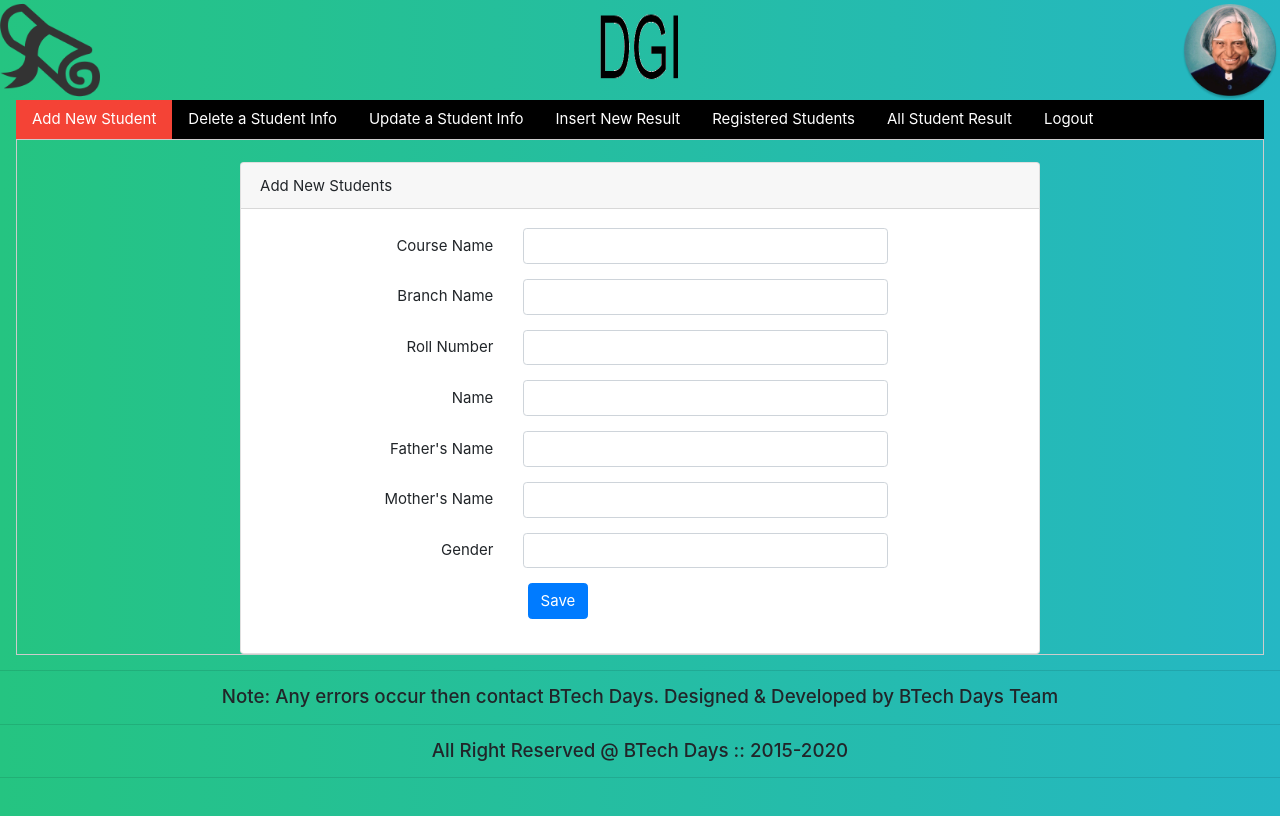
Repository: AlkaDas991/Dbms
Page: http://localhost/Student_Record_Management/adminHome.jsp
An editor plug-in stored every save of this project. The page is shown before and after the next save, followed by the edit.
The browser window is 1280 px wide. The pictures show the whole page.
Some web fonts or font styles are not loaded; a fallback is used. Some web libraries are served in a nearby version. The page is served by Tomcat 9. Other server files are loaded and not shown. Queries for data that is not in the repository find no rows.

Above is the page before, as saved 2021-03-10 01:42:25.
Console error: TypeError: Cannot read properties of undefined (reading 'fn')

### Student Record Management/WebContent/adminHome.jsp
<%@include file="header.html"%>
<!DOCTYPE html>
<html>
<title>DGI</title>
<body>
<img src="logo.png"  align="left"width="100" height="100">
<center><img src="dgi.png" width="100" height="100">
<img src="apj sir.png" align="right"  width="100" height="100"></center>
<div class="w3-container">
  <div class="w3-bar w3-black">
    <button class="w3-bar-item w3-button tablink w3-red" onclick="openCity(event,'London')">Add New Student</button>
    <button class="w3-bar-item w3-button tablink" onclick="openCity(event,'London')">Delete a Student Info</button>
    <button class="w3-bar-item w3-button tablink" onclick="openCity(event,'London')">Update a Student Info</button>
    <button class="w3-bar-item w3-button tablink" onclick="openCity(event,'Paris')">Insert New Result</button>
    <button class="w3-bar-item w3-button tablink" onclick="openCity(event,'Tokyo')">Registered Students</button>
     <button class="w3-bar-item w3-button tablink" onclick="openCity(event,'Tokyo1')">All Student Result</button>
     <a href="adminLogin.html" class="w3-bar-item w3-button tablink">Logout</a>
  </div>

  <div id="London" class="w3-container w3-border city">
  <br>
   <link href="//maxcdn.bootstrapcdn.com/bootstrap/4.1.1/css/bootstrap.min.css" rel="stylesheet" id="bootstrap-css">
<script src="//maxcdn.bootstrapcdn.com/bootstrap/4.1.1/js/bootstrap.min.js"></script>
<script src="//cdnjs.cloudflare.com/ajax/libs/jquery/3.2.1/jquery.min.js"></script>
<!------ Include the above in your HEAD tag ---------->

<!doctype html>
<html lang="en">
<head>
    <!-- Required meta tags -->
    <meta charset="utf-8">
    <meta name="viewport" content="width=device-width, initial-scale=1, shrink-to-fit=no">

    <!-- Fonts -->
    <link rel="dns-prefetch" href="https://fonts.gstatic.com">
    <link href="https://fonts.googleapis.com/css?family=Raleway:300,400,600" rel="stylesheet" type="text/css">



    <link rel="icon" href="Favicon.png">

    <!-- Bootstrap CSS -->
    <link rel="stylesheet" href="https://stackpath.bootstrapcdn.com/bootstrap/4.1.3/css/bootstrap.min.css">
</head>
<body>
<main class="my-form">
    <div class="cotainer">
        <div class="row justify-content-center">
            <div class="col-md-8">
                    <div class="card">
                        <div class="card-header">Add New Students</div>
                        <div class="card-body">
                            <form name="my-form" onsubmit="return validform()" action="addNewStudent.jsp" method="post">
                                <div class="form-group row">
                                    <label for="full_name" class="col-md-4 col-form-label text-md-right">Course Name</label>
                                    <div class="col-md-6">
                                        <input type="text"  class="form-control" name="course">
                                    </div>
                                </div>

                                <div class="form-group row">
                                    <label for="email_address" class="col-md-4 col-form-label text-md-right">Branch Name</label>
                                    <div class="col-md-6">
                                        <input type="text"  class="form-control" name="branch">
                                    </div>
                                </div>

                                <div class="form-group row">
                                    <label for="user_name" class="col-md-4 col-form-label text-md-right">Roll Number</label>
                                    <div class="col-md-6">
                                        <input type="text" class="form-control" name="rollNo">
                                    </div>
                                </div>

                                <div class="form-group row">
                                    <label for="phone_number" class="col-md-4 col-form-label text-md-right">Name</label>
                                    <div class="col-md-6">
                                        <input type="text"  class="form-control" name="name">
                                    </div>
                                </div>

                                <div class="form-group row">
                                    <label for="present_address" class="col-md-4 col-form-label text-md-right">Father's Name</label>
                                    <div class="col-md-6">
                                        <input type="text"  class="form-control" name="fatherName">
                                    </div>
                                </div>

                                <div class="form-group row">
                                    <label for="present_address" class="col-md-4 col-form-label text-md-right">Mother's Name</label>
                                    <div class="col-md-6">
                                        <input type="text"  class="form-control" name="motherName">
                                    </div>
                                </div>

                                <div class="form-group row">
                                    <label for="permanent_address" class="col-md-4 col-form-label text-md-right">Gender</label>
                                    <div class="col-md-6">
                                        <input type="text" class="form-control" name="gender">
                                    </div>
                                </div>

                                    <div class="col-md-6 offset-md-4">
                                        <button type="submit" class="btn btn-primary">
                                        Save
                                        </button>
                                    </div>
                                </div>
                            </form>
                        </div>
                    </div>
            </div>
        </div>
    </div>
</main>

<script src="https://code.jquery.com/jquery-3.3.1.slim.min.js"></script>
<script src="https://cdnjs.cloudflare.com/ajax/libs/popper.js/1.14.3/umd/popper.min.js"></script>
<script src="https://stackpath.bootstrapcdn.com/bootstrap/4.1.3/js/bootstrap.min.js"></script>
</body>
  </div>

  <div id="Paris" class="w3-container w3-border city" style="display:none">
  <br>
  <link href="//maxcdn.bootstrapcdn.com/bootstrap/4.1.1/css/bootstrap.min.css" rel="stylesheet" id="bootstrap-css">
<script src="//maxcdn.bootstrapcdn.com/bootstrap/4.1.1/js/bootstrap.min.js"></script>
<script src="//cdnjs.cloudflare.com/ajax/libs/jquery/3.2.1/jquery.min.js"></script>
<!------ Include the above in your HEAD tag ---------->

<!doctype html>
<html lang="en">
<head>
    <!-- Required meta tags -->
    <meta charset="utf-8">
    <meta name="viewport" content="width=device-width, initial-scale=1, shrink-to-fit=no">

    <!-- Fonts -->
    <link rel="dns-prefetch" href="https://fonts.gstatic.com">
    <link href="https://fonts.googleapis.com/css?family=Raleway:300,400,600" rel="stylesheet" type="text/css">



    <link rel="icon" href="Favicon.png">

    <!-- Bootstrap CSS -->
    <link rel="stylesheet" href="https://stackpath.bootstrapcdn.com/bootstrap/4.1.3/css/bootstrap.min.css">

</head>
<body>

</main>


<main class="my-form">
    <div class="cotainer">
        <div class="row justify-content-center">
            <div class="col-md-8">
                    <div class="card">
                        <div class="card-header">Insert New Result</div>
                        <div class="card-body">
                            <form name="my-form" onsubmit="return validform()" action="insertNewResult.jsp" method="">
                                <div class="form-group row">
                                    <label for="full_name" class="col-md-4 col-form-label text-md-right">Roll Number</label>
                                    <div class="col-md-6">
                                        <input type="text"class="form-control" name="rollNo">
                                    </div>
                                </div>

                                <div class="form-group row">
                                    <label for="email_address" class="col-md-4 col-form-label text-md-right">DAA</label>
                                    <div class="col-md-6">
                                        <input type="text"  class="form-control" name="DAA">
                                    </div>
                                </div>

                                <div class="form-group row">
                                    <label for="user_name" class="col-md-4 col-form-label text-md-right">DBMS</label>
                                    <div class="col-md-6">
                                        <input type="text"  class="form-control" name="DBMS">
                                    </div>
                                </div>

                                <div class="form-group row">
                                    <label for="phone_number" class="col-md-4 col-form-label text-md-right">COA</label>
                                    <div class="col-md-6">
                                        <input type="text"  class="form-control" name="COA">
                                    </div>
                                </div>

                                <div class="form-group row">
                                    <label for="present_address" class="col-md-4 col-form-label text-md-right">Discrete Maths</label>
                                    <div class="col-md-6">
                                        <input type="text"  class="form-control" name="DM">
                                    </div>
                                </div>

                                <div class="form-group row">
                                    <label for="permanent_address" class="col-md-4 col-form-label text-md-right">AMC</label>
                                    <div class="col-md-6">
                                        <input type="text"  class="form-control" name="AMC">
                                    </div>
                                </div>

                                 <div class="form-group row">
                                    <label for="permanent_address" class="col-md-4 col-form-label text-md-right">Communication Skills</label>
                                    <div class="col-md-6">
                                        <input type="text"  class="form-control" name="CS">
                                    </div>
                                </div>


                                    <div class="col-md-6 offset-md-4">
                                        <button type="submit" class="btn btn-primary">
                                       Save
                                        </button>
                                    </div>
                                </div>
                            </form>
                        </div>
                    </div>
            </div>
        </div>
        <br>
    </div>

</main>

<script src="https://code.jquery.com/jquery-3.3.1.slim.min.js"></script>
<script src="https://cdnjs.cloudflare.com/ajax/libs/popper.js/1.14.3/umd/popper.min.js"></script>
<script src="https://stackpath.bootstrapcdn.com/bootstrap/4.1.3/js/bootstrap.min.js"></script>
</body>
</html>
  </div>

  <div id="Tokyo" class="w3-container w3-border city" style="display:none">

<section>
  <!--for demo wrap-->
  <div class="tbl-header">
    <table cellpadding="0" cellspacing="0" border="0">
      <thead>
        <tr>
         <th>Course Name</th>
          <th>Branch Name</th>
          <th>Roll Number</th>
          <th>Name</th>
          <th>Father Name</th>
          <th>Gender</th>
        </tr>
      </thead>
    </table>
  </div>
  <div class="tbl-content">
    <table cellpadding="0" cellspacing="0" border="0">
      <tbody>
      	<%@page import = "Project.ConnectionProvider" %>
      	<%@page import = "java.sql.*" %>
      	<%
      		try{
      			Connection con = ConnectionProvider.getCon();
      			Statement st = con.createStatement();
      			ResultSet rs = st.executeQuery("select * from student");
      			while(rs.next()){

      	%>
        <tr>
        <!--get values from each column  -->
          <td><%=rs.getString(1)%></td>
          <td><%=rs.getString(2)%></td>
          <td><%=rs.getString(3)%></td>
          <td><%=rs.getString(4)%></td>
          <td><%=rs.getString(5)%></td>
          <td><%=rs.getString(6)%></td>
        </tr>
      </tbody>
      <%}}
      	catch(Exception e){

      	}
      %>
    </table>
  </div>
</section>
</div>
<div id="Tokyo1" class="w3-container w3-border city" style="display:none">

<section>
  <!--for demo wrap-->
  <div class="tbl-header">
    <table cellpadding="0" cellspacing="0" border="0">
      <thead>
        <tr>
          <th>Roll Number</th>
          <th>DAA</th>
          <th>DBMS</th>
          <th>COA</th>
          <th>DM</th>
          <th>AMC</th>
          <th>CS</th>
        </tr>
      </thead>
    </table>
  </div>
  <div class="tbl-content">
    <table cellpadding="0" cellspacing="0" border="0">
      <tbody>
      <%@page import = "Project.ConnectionProvider" %>
      <%@page import = "java.sql.*" %>
      <%
      	try{
      		Connection con = ConnectionProvider.getCon();
    		Statement st = con.createStatement();
    		ResultSet rs = st.executeQuery("select * from result");
      		while(rs.next()){
      %>
        <tr>
          <td><%=rs.getString(1)%></td>
          <td><%=rs.getString(2)%></td>
          <td><%=rs.getString(3)%></td>
          <td><%=rs.getString(4)%></td>
          <td><%=rs.getString(5)%></td>
          <td><%=rs.getString(6)%></td>
          <td><%=rs.getString(7)%></td>
        </tr>
      <%}}
      catch(Exception e){}
      %>
      </tbody>
    </table>
  </div>
</section>

</div>
    <hr class="new1">
  <center><h5>Note: Any errors occur then contact BTech Days.
Designed & Developed by BTech Days Team</h5></center>
  <hr class="new1">
<center><h5>All Right Reserved @ BTech Days :: 2015-2020</h5></center>
  <hr class="new1">
<br>
</body>
</html>

### Student Record Management/src/Project/ConnectionProvider.java
package Project;
import java.sql.*;
public class ConnectionProvider {
	public static Connection getCon() {
		try {
			Class.forName("oracle.jdbc.driver.OracleDriver");
			Connection con = DriverManager.getConnection("jdbc:oracle:thin:@localhost:1521:XE","system","manager");
			return con;
		}
		catch(Exception e){
			System.out.println(e);
			return null;
		}
	}
}

Loaded but not shown: Student Record Management/WebContent/header.html (355 lines, source omitted)

After the next save:
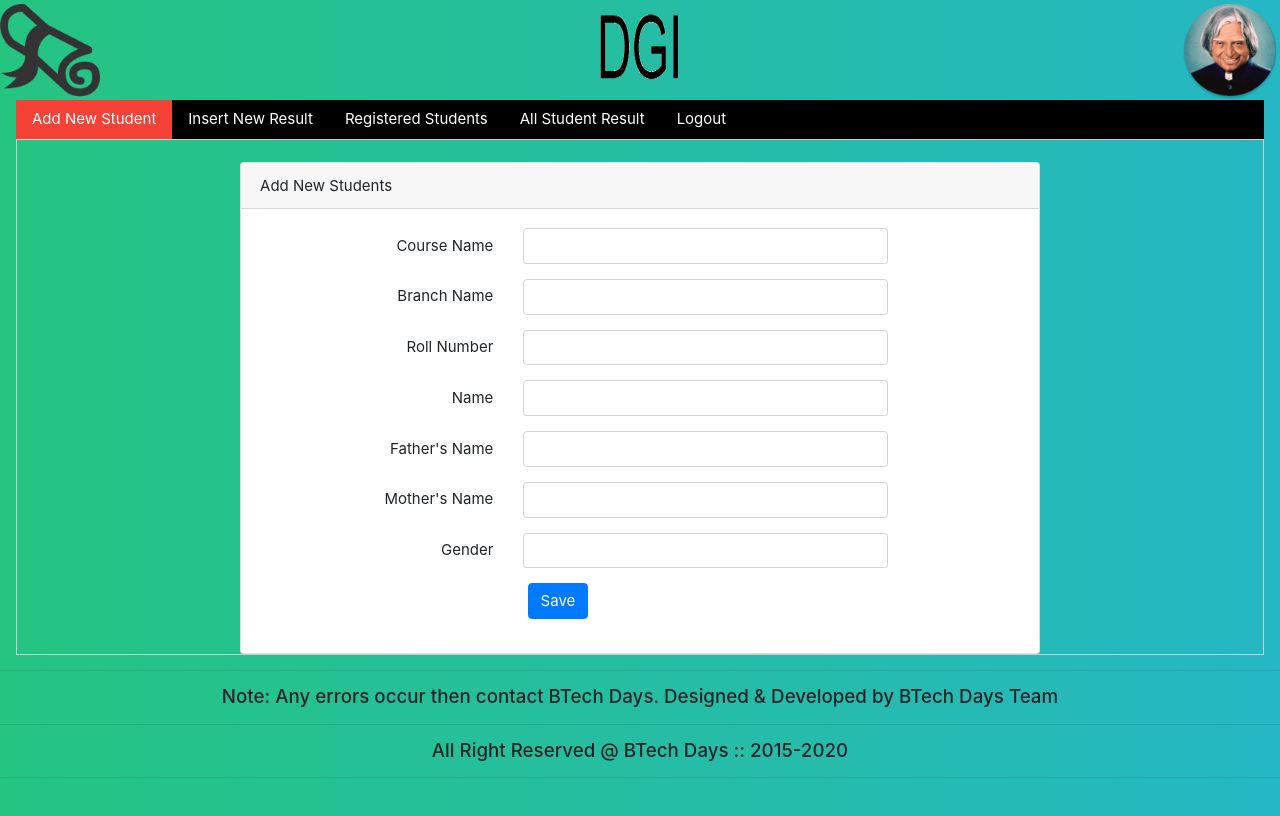
Saved 57 s later.
--- a/Student Record Management/WebContent/adminHome.jsp
+++ b/Student Record Management/WebContent/adminHome.jsp
@@ -9,8 +9,8 @@
 <div class="w3-container">
   <div class="w3-bar w3-black">
     <button class="w3-bar-item w3-button tablink w3-red" onclick="openCity(event,'London')">Add New Student</button>
-    <button class="w3-bar-item w3-button tablink" onclick="openCity(event,'London')">Delete a Student Info</button>
-    <button class="w3-bar-item w3-button tablink" onclick="openCity(event,'London')">Update a Student Info</button>
+    <!--  <button class="w3-bar-item w3-button tablink" onclick="openCity(event,'London')">Delete a Student Info</button>
+    <button class="w3-bar-item w3-button tablink" onclick="openCity(event,'London')">Update a Student Info</button>-->
     <button class="w3-bar-item w3-button tablink" onclick="openCity(event,'Paris')">Insert New Result</button>
     <button class="w3-bar-item w3-button tablink" onclick="openCity(event,'Tokyo')">Registered Students</button>
      <button class="w3-bar-item w3-button tablink" onclick="openCity(event,'Tokyo1')">All Student Result</button>
